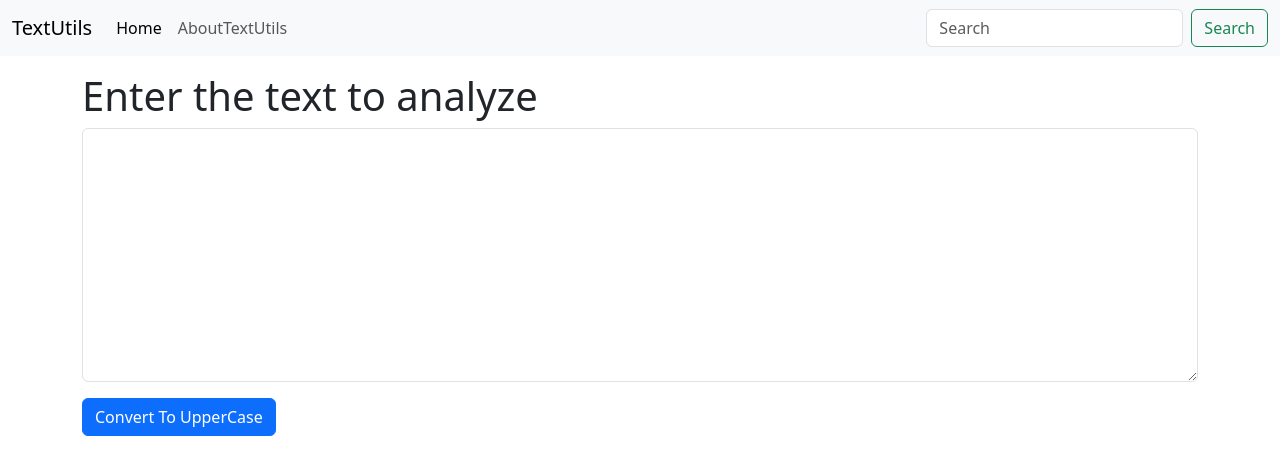
Repository: Rohit-foryou/Text-Utils
Page: /
These files come from the project's save history. The page is drawn as it stood at one moment and after the next save; the edit follows.
The browser window is 1280 px wide. The pictures show the whole page.
The project was rebuilt for these pictures with package versions that can differ from the ones it lists, and the page was loaded fresh each time. Also part of the build but not shown: src/index.css, src/App.css.

Above is the page before, as saved 2023-12-20 20:47:18.

### public/index.html
<!DOCTYPE html>
<html lang="en">
  <head>
    <meta charset="utf-8" />
    <link rel="icon" href="%PUBLIC_URL%/favicon.ico" />
    <meta name="viewport" content="width=device-width, initial-scale=1" />
    <meta name="theme-color" content="#000000" />
    <meta
      name="description"
      content="Web site created using create-react-app"
    />
    <link rel="apple-touch-icon" href="%PUBLIC_URL%/logo192.png" />
    <link rel="manifest" href="%PUBLIC_URL%/manifest.json" />

    <!-- Bootstrap CSS -->
    <link href="https://cdn.jsdelivr.net/npm/bootstrap@5.3.2/dist/css/bootstrap.min.css" rel="stylesheet" integrity="sha384-T3c6CoIi6uLrA9TneNEoa7RxnatzjcDSCmG1MXxSR1GAsXEV/Dwwykc2MPK8M2HN" crossorigin="anonymous">

    <title>React App</title>
  </head>
  <body>
    <noscript>You need to enable JavaScript to run this app.</noscript>
    <div id="root"></div>

    <script src="https://cdn.jsdelivr.net/npm/bootstrap@5.3.2/dist/js/bootstrap.bundle.min.js" integrity="sha384-C6RzsynM9kWDrMNeT87bh95OGNyZPhcTNXj1NW7RuBCsyN/o0jlpcV8Qyq46cDfL" crossorigin="anonymous"></script>
  </body>
</html>

### src/App.js
import "./App.css";
import Navbar from "./components/Navbar";
import TextForm from "./components/TextForm";


function App() {
  return (
    <>
      <Navbar title = "TextUtils" aboutText = "AboutTextUtils"/>
      <div className="container my-3">
      <TextForm heading = "Enter the text to analyze"/>
      </div>
    </>
  );
}

export default App;

### src/components/Navbar.js
import React from 'react'
import PropTypes from 'prop-types'


export default function Navbar(props) {
  return (
    <nav className="navbar navbar-expand-lg bg-body-tertiary">
        <div className="container-fluid">
          <a className="navbar-brand" href="/">{props.title}</a>
          <button className="navbar-toggler" type="button" data-bs-toggle="collapse" data-bs-target="#navbarSupportedContent" aria-controls="navbarSupportedContent" aria-expanded="false" aria-label="Toggle navigation">
            <span className="navbar-toggler-icon"></span>
          </button>
          <div className="collapse navbar-collapse" id="navbarSupportedContent">
            <ul className="navbar-nav me-auto mb-2 mb-lg-0">
              <li className="nav-item">
                <a className="nav-link active" aria-current="page" href="/">Home</a>
              </li>
              <li className="nav-item">
                <a className="nav-link" href="/">{props.aboutText}</a>
              </li>
            </ul>
            <form className="d-flex" role="search">
              <input className="form-control me-2" type="search" placeholder="Search" aria-label="Search"/>
              <button className="btn btn-outline-success" type="submit">Search</button>
            </form>
          </div>
        </div>
      </nav>
  )
}

Navbar.propTypes = {title: PropTypes.string.isRequired,
                     AboutText: PropTypes.string}

// Navbar.defaultProps = {
//     title: 'write title',
//     aboutText: 'About',
// }

### src/components/TextForm.js
import React from 'react'

export default function TextForm(props) {
  return (
    <div>
        <h1>{props.heading}</h1>
        <div className="mb-3">
        <textarea className="form-control" id="myBox" rows="10"></textarea>
        </div>
        <button className="btn btn-primary">Convert To UpperCase</button>
    </div>
  )
}

Loaded but not shown: src/index.js (common file); src/reportWebVitals.js (common file)

After the next save:
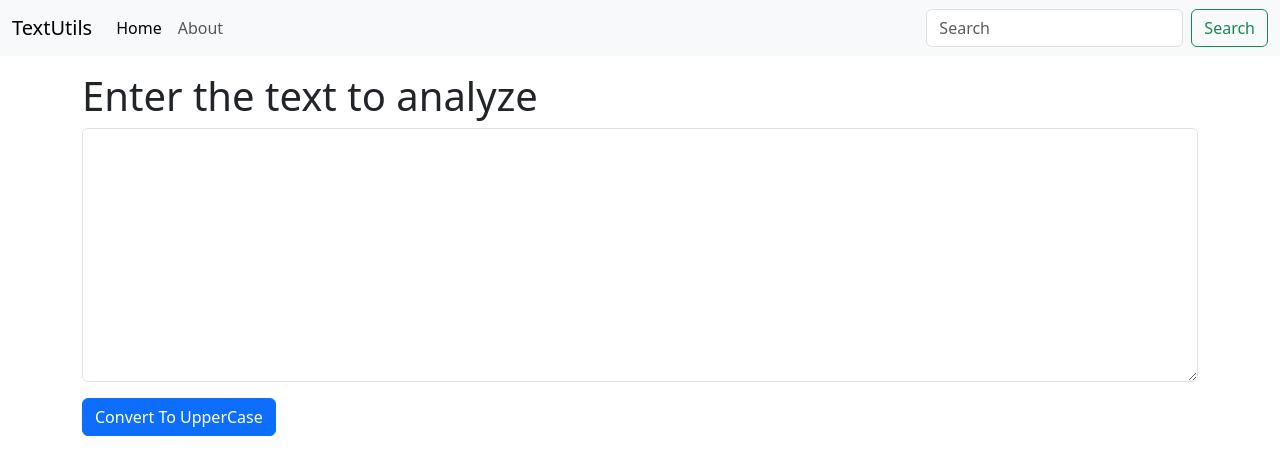
Saved 31 s later.
--- a/src/App.js
+++ b/src/App.js
@@ -6,7 +6,7 @@
 function App() {
   return (
     <>
-      <Navbar title = "TextUtils" aboutText = "AboutTextUtils"/>
+      <Navbar title = "TextUtils" aboutText = "About"/>
       <div className="container my-3">
       <TextForm heading = "Enter the text to analyze"/>
       </div>
